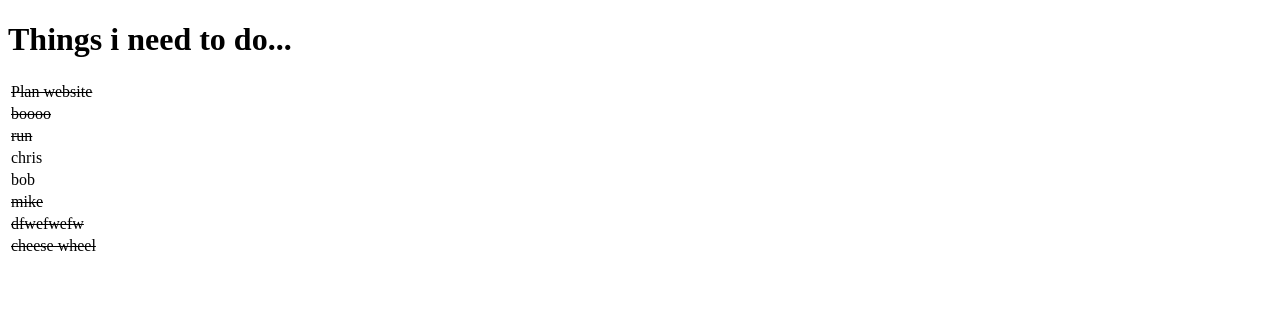
Repository: chrismurray1980/django-todo
Page: http://localhost/
The author's editor kept a record of every edit. The page is drawn from the files as they stood at one moment, then again after the next edit.
The browser window is 1280 px wide. The pictures show the whole page.
The page is served by the project's application, run on Django 2.2 (manage.py). Other server files are loaded and not shown. The page reads the database file committed with the project.

Above is the page before.

### todo/views.py
from django.shortcuts import render, HttpResponse, redirect, get_object_or_404
from .models import Item
from .forms import ItemForm

# Create your views here.
def get_todo_list(request):
    results = Item.objects.all()
    return render(request, "todo_list.html", {'items': results})

def create_an_item(request):
    if request.method=="POST":
        form =ItemForm(request.POST, request.FILES)
        if form.is_valid():
            form.save()
            return redirect(get_todo_list)
    else:
        form =ItemForm()
    return render(request, "item_form.html", {'form':form})

def edit_an_item(request, id):
    item=get_object_or_404(Item, pk=id)
    if request.method=="POST":
        form =ItemForm(request.POST, instance=item)
        if form.is_valid():
            form.save()
            return redirect(get_todo_list)
    else:
        form =ItemForm(instance=item)
    return render(request, "item_form.html", {'form': form})

def toggle_status(request, id):
    item=get_object_or_404(Item, pk=id)
    item.done = not item.done
    item.save()
    return redirect(get_todo_list)

### todo/templates/todo_list.html
<!DOCTYPE html>
<html lang="en">
<head>
    <meta charset="UTF-8">
    <meta name="viewport" content="width=device-width, initial-scale=1.0">
    <meta http-equiv="X-UA-Compatible" content="ie=edge">
    <title>Document</title>
</head>
<body>
    <h1>Things i need to do...</h1>

    <table>
        {% for item in items %}
        <tr>
            {% if item.done %}
            <td><strike>{{ item.name }}</strike></td>
            {% else %}
            <td>{{ item.name }}</td>
            {% endif %}
        </tr>
        {% empty %}
        <p>No items listed</p>
        {% endfor %}

    </table>
</body>
</html>

### todo/models.py
from django.db import models

# Create your models here.
class Item(models.Model):
    name = models.CharField(max_length=30, blank=False)
    done = models.BooleanField(blank=False, default=False)

    def __str__(self):
        return self.name

### django_todo/urls.py
"""django_todo URL Configuration

The `urlpatterns` list routes URLs to views. For more information please see:
    https://docs.djangoproject.com/en/1.11/topics/http/urls/
Examples:
Function views
    1. Add an import:  from my_app import views
    2. Add a URL to urlpatterns:  url(r'^$', views.home, name='home')
Class-based views
    1. Add an import:  from other_app.views import Home
    2. Add a URL to urlpatterns:  url(r'^$', Home.as_view(), name='home')
Including another URLconf
    1. Import the include() function: from django.conf.urls import url, include
    2. Add a URL to urlpatterns:  url(r'^blog/', include('blog.urls'))
"""
from django.conf.urls import url
from django.contrib import admin
from todo.views import get_todo_list, create_an_item, edit_an_item, toggle_status

urlpatterns = [
    url(r'^admin/', admin.site.urls),
    url(r'^$', get_todo_list),
    url(r'^add$', create_an_item),
    url(r'^edit/(?P<id>\d+)$', edit_an_item),
    url(r'^toggle/(?P<id>\d+)$', toggle_status),
]

### db.sqlite3 (the tables this page reads, as SQL)
CREATE TABLE "todo_item" ("id" integer NOT NULL PRIMARY KEY AUTOINCREMENT, "name" varchar(30) NOT NULL, "done" bool NOT NULL);
INSERT INTO "todo_item" VALUES
(4, 'Plan website', 1),
(5, 'boooo', 1),
(6, 'run', 1),
(7, 'chris', 0),
(8, 'bob', 0),
(9, 'mike', 1),
(10, 'dfwefwefw', 1),
(11, 'cheese wheel', 1);

After the next edit:
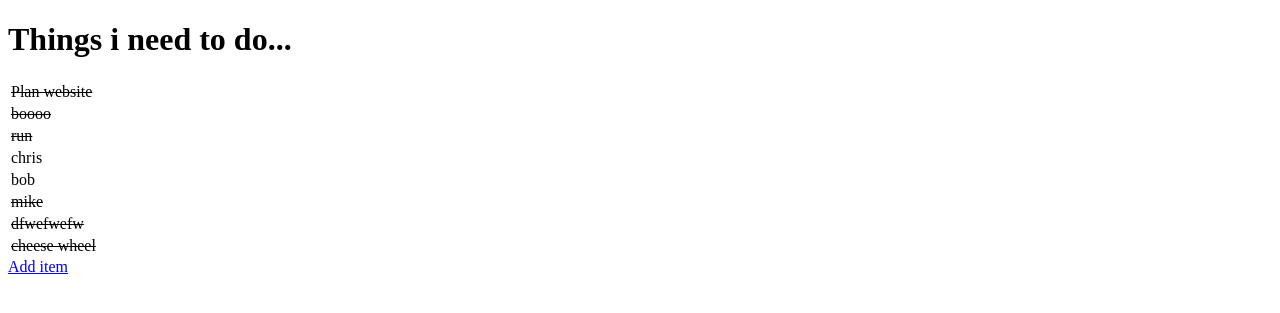
The edit:
--- a/todo/templates/todo_list.html
+++ b/todo/templates/todo_list.html
@@ -23,5 +23,7 @@
         {% endfor %}
 
     </table>
+
+    <a href="add">Add item</a>
 </body>
 </html>
